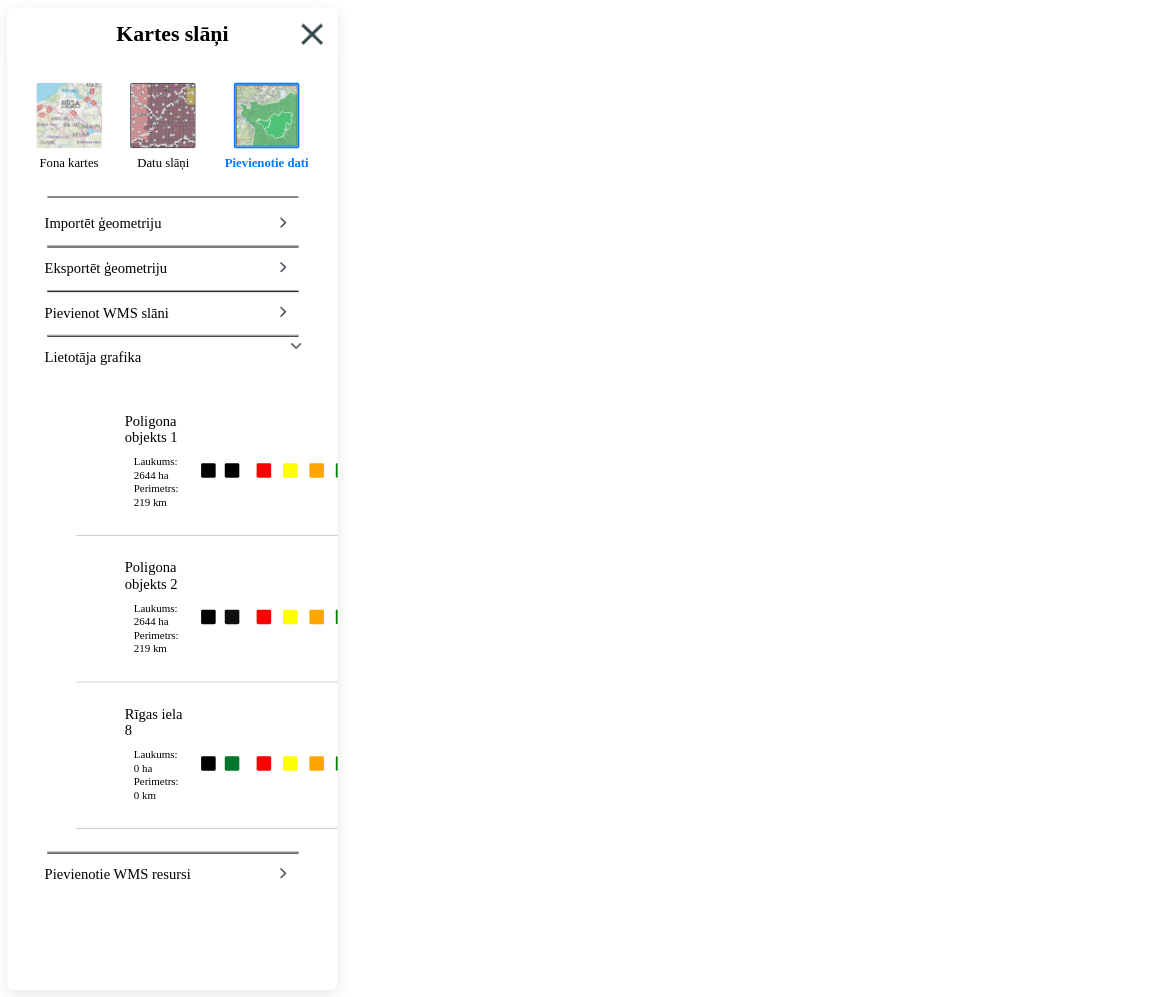
Repository: Kringelis/KP_kar-usl-i
Page: /, after clicking the first element matching `div.sidebar-tabs > :nth-child(3)`
An editor plug-in stored every save of this project. The page is shown before and after the next save, followed by the edit.
The browser window is 1280 px wide. The pictures show the whole page, at 91% of full size.
The project was rebuilt for these pictures with package versions that can differ from the ones it lists, and the page was loaded fresh each time. Also part of the build but not shown: src/components/FonaKartes.scss, src/components/DatuSlani.scss, src/components/DatuSlani.jsx, src/App.scss.

Above is the page before, as saved 2024-06-20 18:36:27.

### public/index.html
<!DOCTYPE html>
<html lang="en">
  <head>
    <link
      rel="stylesheet"
      href="https://fonts.googleapis.com/css2?family=Inter:wght@400;500;700&display=swap"
    />

    <meta charset="UTF-8" />
    <meta name="viewport" content="width=device-width, initial-scale=1.0" />
    <title>React App</title>
  </head>
  <body>
    <noscript>You need to enable JavaScript to run this app.</noscript>
    <div id="root"></div>
  </body>
</html>

### src/App.js
import React from "react";
import Sidebar from "./components/Sidebar";
import "./App.scss";

function App() {
  return (
    <div className="App">
      <header className="App-header">
        <Sidebar />
      </header>
    </div>
  );
}

export default App;

### src/components/Sidebar.jsx
import React, { useState } from "react";
import FonaKartes from "./FonaKartes";
import DatuSlani from "./DatuSlani";
import PievienotieDati from "./PievienotieDati";
import "./Sidebar.scss";

import pirmais from "./pirmais.png";
import otrais from "./otrais.png";
import tresais from "./tresais.png";
import close from "./close.png";

const Sidebar = () => {
  const [activeSection, setActiveSection] = useState("FonaKartes");

  return (
    <div className="sidebar">
      <div className="sidebar-header">
        <div className="sidebar-title">Kartes slāņi</div>
        <img src={close} alt="Close" className="close-icon" />
      </div>
      <div className="sidebar-tabs">
        <div
          className={`tab ${activeSection === "FonaKartes" ? "active" : ""}`}
          onClick={() => setActiveSection("FonaKartes")}
        >
          <img src={pirmais} alt="Fona kartes" className="tab-square" />
          <div className="tab-text">Fona kartes</div>
        </div>
        <div
          className={`tab ${activeSection === "DatuSlani" ? "active" : ""}`}
          onClick={() => setActiveSection("DatuSlani")}
        >
          <img src={otrais} alt="Datu slāņi" className="tab-square" />
          <div className="tab-text">Datu slāņi</div>
        </div>
        <div
          className={`tab ${
            activeSection === "PievienotieDati" ? "active" : ""
          }`}
          onClick={() => setActiveSection("PievienotieDati")}
        >
          <img src={tresais} alt="Pievienotie dati" className="tab-square" />
          <div className="tab-text">Pievienotie dati</div>
        </div>
      </div>
      <div className="dividing-line"></div>{" "}
      {/* Added horizontal dividing line */}
      <div className="sidebar-content">
        {activeSection === "FonaKartes" && <FonaKartes />}
        {activeSection === "DatuSlani" && <DatuSlani />}
        {activeSection === "PievienotieDati" && <PievienotieDati />}
      </div>
    </div>
  );
};

export default Sidebar;

### src/components/FonaKartes.jsx
import React, { useState } from "react";
import "./FonaKartes.scss";
import copy from "./copyright.png";
import one from "./Rectangle 4.png";
import two from "./Rectangle 4(1).png";
import three from "./Rectangle 4(2).png";
import four from "./Rectangle 4(3).png";

import six from "./Rectangle 4(5).png";
import seven from "./Rectangle 4(6).png";
import eight from "./Rectangle 4(7).png";
import nine from "./Rectangle 4(8).png";

const FonaKartes = () => {
  const [activeItem, setActiveItem] = useState(null);
  const [sliderValues, setSliderValues] = useState({});

  const items = [
    {
      id: 1,
      title: "Pārskata (topogrāfiskā) karte",
      subtitle: "Tradicionālā tipogrāfijas versija",
      image: one,
      tooltip: "LĢIA",
    },
    {
      id: 2,
      title: "Topogrāfiskā karte ar reljefu",
      subtitle: "WEB versija kombinācijā ar DTM",
      image: two,
      tooltip: "LĢIA",
    },
    {
      id: 3,
      title: "Kombinētā fona karte",
      subtitle: "Dažādas detalitātes fona karte",
      image: three,
      tooltip: "LĢIA",
    },
    {
      id: 4,
      title: "Melnbaltā fona karte",
      subtitle: "Dažādas detalitātes fona karte",
      image: four,
      tooltip: "LĢIA",
    },
    {
      id: 5,
      title: "Ortofoto karte",
      subtitle: "6., 7. un 8. cikla jaunāko datu pārklājums",
      image: nine,
      tooltip: "LĢIA",
    },
    {
      id: 6,
      title: "Digitālais reljefa modelis",
      subtitle: "LIDAR 2013. - 2021.g. (40 cm)",
      image: six,
      tooltip: "LĢIA",
    },
    {
      id: 7,
      title: "Digitālais reljefa modelis ar horizontālēm",
      subtitle: "LIDAR 2013. - 2021.g. (40 cm)",
      image: seven,
      tooltip: "LĢIA",
    },
    {
      id: 8,
      title: "Digitālais virsmas modelis",
      subtitle: "LIDAR 2013. - 2021.g. (40 cm)",
      image: seven,
      tooltip: "LĢIA",
    },
    {
      id: 9,
      title: "Vēsturiskā topogrāfiskā karte mērogā 1: 75 000",
      subtitle: "No 1921. līdz 1940. gadam",
      image: eight,
      tooltip: "LĢIA",
    },
  ];

  const handleItemClick = (id) => {
    setActiveItem(id);
    if (!sliderValues.hasOwnProperty(id)) {
      setSliderValues((prevValues) => ({
        ...prevValues,
        [id]: 50,
      }));
    }
  };

  const handleSliderChange = (id, value) => {
    setSliderValues((prevValues) => ({
      ...prevValues,
      [id]: value,
    }));
  };

  return (
    <div className="fona-kartes">
      {items.map((item) => (
        <div
          key={item.id}
          className={`fona-kartes-item ${
            activeItem === item.id ? "active" : ""
          }`}
          onClick={() => handleItemClick(item.id)}
        >
          <div className="icon-container">
            <img
              src={copy}
              alt="info"
              className="info-icon"
              onClick={(e) => e.stopPropagation()}
            />
            <div className="tooltip">{item.tooltip}</div>
          </div>
          <div className="item-square">
            <img src={item.image} alt={`Kartes ikona`} />
          </div>
          <div className="item-text">
            <div className="item-title">{item.title}</div>
            <div className="item-subtitle">{item.subtitle}</div>
            {activeItem === item.id && (
              <div className="slider-container">
                <div
                  className="hollow-square"
                  onClick={(e) => {
                    e.stopPropagation();
                    handleSliderChange(item.id, 0);
                  }}
                ></div>
                <input
                  type="range"
                  className="item-slider"
                  value={sliderValues[item.id] || 0}
                  onChange={(e) =>
                    handleSliderChange(item.id, parseInt(e.target.value))
                  }
                />
                <div
                  className="black-square"
                  onClick={(e) => {
                    e.stopPropagation();
                    handleSliderChange(item.id, 100);
                  }}
                ></div>
              </div>
            )}
          </div>
        </div>
      ))}
    </div>
  );
};

export default FonaKartes;

### src/components/PievienotieDati.jsx
import React, { useState } from "react";
import "./PievienotieDati.scss";
import Arrow from "./Vector.png";

const PievienotieDati = () => {
  const [isImportGeometryOpen, setImportGeometryOpen] = useState(false);
  const [isExportGeometryOpen, setExportGeometryOpen] = useState(false);
  const [isAddWMSLayerOpen, setAddWMSLayerOpen] = useState(false);
  const [isUserGraphicsOpen, setUserGraphicsOpen] = useState(true);
  const [isWMSResourcesOpen, setWMSResourcesOpen] = useState(false);
  const [isLVMGeoWMSOpen, setLVMGeoWMSOpen] = useState(false);
  const [selectedType, setSelectedType] = useState(null);

  const [userGraphics, setUserGraphics] = useState([
    {
      id: 1,
      name: "Poligona objekts 1",
      area: 2644,
      perimeter: 219,
      outlineColor: "#000000",
      fillColor: "#000000",
      type: "polygon",
    },
    {
      id: 2,
      name: "Poligona objekts 2",
      area: 2644,
      perimeter: 219,
      outlineColor: "#000000",
      fillColor: "#0f0f0f",
      type: "polygon",
    },
    {
      id: 3,
      name: "Rīgas iela 8",
      area: 0,
      perimeter: 0,
      outlineColor: "#000000",
      fillColor: "#00762C",
      type: "point",
    },
  ]);

  const colors = [
    "#FF0000",
    "#FFFF00",
    "#FFA500",
    "#008000",
    "#00FFFF",
    "#0000FF",
    "#800080",
  ];

  const toggleSection = (setFunction) => {
    setFunction((prevState) => !prevState);
  };

  const handleColorClick = (id, color) => {
    if (!selectedType) return;
    const newUserGraphics = userGraphics.map((item) =>
      item.id === id ? { ...item, [selectedType]: color } : item
    );
    setUserGraphics(newUserGraphics);
  };

  return (
    <div className="pievienotie-dati">
      <div
        className="section-title"
        onClick={() => toggleSection(setImportGeometryOpen)}
      >
        Importēt ģeometriju
        <span
          className={`accordion-icon ${isImportGeometryOpen ? "open" : ""}`}
        >
          <img className="accordion-icon" src={Arrow} alt="V" />
        </span>
      </div>

      {isImportGeometryOpen && (
        <div className="sub-section">
          <button className="button">+ Importēt</button>
        </div>
      )}
      <div className="dividing-line"></div>
      <div
        className="section-title"
        onClick={() => toggleSection(setExportGeometryOpen)}
      >
        Eksportēt ģeometriju
        <span
          className={`accordion-icon ${isExportGeometryOpen ? "open" : ""}`}
        >
          <img className="accordion-icon" src={Arrow} alt="V" />
        </span>
      </div>
      <div className="dividing-line"></div>
      {isExportGeometryOpen && (
        <div className="sub-section">
          <button className="button">Ekportēt</button>
        </div>
      )}
      <div
        className="section-title"
        onClick={() => toggleSection(setAddWMSLayerOpen)}
      >
        Pievienot WMS slāni
        <span className={`accordion-icon ${isAddWMSLayerOpen ? "open" : ""}`}>
          <img className="accordion-icon" src={Arrow} alt="V" />
        </span>
      </div>
      {isAddWMSLayerOpen && (
        <div className="sub-section">Pievienot WMS slāni</div>
      )}
      <div className="dividing-line"></div>
      <div
        className="section-title"
        onClick={() => toggleSection(setUserGraphicsOpen)}
      >
        Lietotāja grafika
        <span className={`accordion-icon ${isUserGraphicsOpen ? "open" : ""}`}>
          <img className="accordion-icon" src={Arrow} alt="V" />
        </span>
      </div>
      {isUserGraphicsOpen && (
        <div className="sub-section">
          {userGraphics.map((item) => (
            <div key={item.id} className="toggle-item">
              <div className="item-info">
                <span>{item.name}</span>
                <div className="info">
                  <div>Laukums: {item.area} ha</div>
                  <div>Perimetrs: {item.perimeter} km</div>
                </div>
              </div>
              <div className="icons">
                <span
                  className={`color-block ${
                    selectedType === "outlineColor" ? "selected" : ""
                  }`}
                  style={{ backgroundColor: item.outlineColor }}
                  onClick={() => setSelectedType("outlineColor")}
                ></span>
                <span
                  className={`color-block ${
                    selectedType === "fillColor" ? "selected" : ""
                  }`}
                  style={{ backgroundColor: item.fillColor }}
                  onClick={() => setSelectedType("fillColor")}
                ></span>
              </div>
              <div className="color-palette">
                {colors.map((color) => (
                  <span
                    key={color}
                    className="color-block"
                    style={{ backgroundColor: color }}
                    onClick={() => handleColorClick(item.id, color)}
                  ></span>
                ))}
              </div>
            </div>
          ))}
        </div>
      )}
      <div className="dividing-line"></div>
      <div
        className="section-title"
        onClick={() => toggleSection(setWMSResourcesOpen)}
      >
        Pievienotie WMS resursi
        <span className={`accordion-icon ${isWMSResourcesOpen ? "open" : ""}`}>
          <img className="accordion-icon" src={Arrow} alt="V" />
        </span>
      </div>
      {isWMSResourcesOpen && (
        <div className="sub-section">
          <div
            className="sub-title"
            onClick={() => toggleSection(setLVMGeoWMSOpen)}
          >
            LVM GEO WMS
            <span className={`accordion-icon ${isLVMGeoWMSOpen ? "open" : ""}`}>
              <img className="accordion-icon" src={Arrow} alt="V" />
            </span>
          </div>
          {isLVMGeoWMSOpen && (
            <div className="sub-sub-section">
              {[
                "Mežaudzu plāns",
                "Augsnes laukumi",
                "Rekreācijas zonas",
                "Kvartāra nogulumu karte",
                "Digitālā reljefa modelis",
                "Vēja ātrums",
              ].map((layer, index) => (
                <div className="toggle-item" key={index}>
                  <span>{layer}</span>
                  <label className="toggle-switch">
                    <input type="checkbox" />
                    <span className="slider"></span>
                  </label>
                </div>
              ))}
            </div>
          )}
        </div>
      )}
    </div>
  );
};

export default PievienotieDati;

### src/components/Sidebar.scss
.sidebar {
  width: 363px;
  height: 1080px;
  background-color: #ffffff;
  box-shadow: 0px 4px 16px rgba(0, 0, 0, 0.1);
  border-radius: 8px;
  overflow: hidden;
  position: relative;

  .sidebar-header {
    display: flex;
    justify-content: center;
    align-items: center;
    padding: 16px;
    background-color: #ffffff;
    position: relative;

    .sidebar-title {
      font-size: 24px;
      font-weight: bold;
      color: #000000;
    }
    &.active {
      color: #007bff;
    }

    .close-icon {
      width: 24px;
      height: 24px;
      cursor: pointer;
      position: absolute;
      right: 16px;
    }
  }

  .sidebar-tabs {
    display: flex;
    justify-content: space-around;
    padding: 16px;

    .tab {
      display: flex;
      flex-direction: column;
      align-items: center;
      font-size: 14px;
      color: #000000;
      cursor: pointer;
      padding: 8px 0;

      border-radius: 10%;
      transition: background-color 0.3s ease, color 0.3s ease;

      &.active {
        .tab-square {
          border: 2px solid #007bff;
          box-sizing: border-box;
          border-radius: 3%;
        }
        .tab-text {
          color: #007bff;
          font-weight: bold;
        }
      }

      &:hover {
        background-color: #f8f9fa;
      }

      .tab-square {
        width: 72px;
        height: 72px;
        margin-bottom: 8px;
        display: flex;
        border-radius: 3%;
        justify-content: center;
        align-items: center;
        box-sizing: border-box;
      }

      .tab-image {
        width: 100%;
        height: 100%;
        object-fit: cover;
      }

      .tab-text {
        text-align: center;
      }
    }
  }

  .sidebar-content {
    padding: 6px;
  }

  .dividing-line {
    width: 276px;
    height: 1px;
    background-color: #000;
    margin: 0 auto;
    margin-top: 5px;
  }
}

### src/components/PievienotieDati.scss
.pievienotie-dati {
  .section-title {
    margin-left: 35px;
    display: flex;
    justify-content: space-between;
    align-items: center;
    font-size: 16px;
    cursor: pointer;
    padding: 10px 0;
    margin-bottom: 4px;
    margin-top: 4px;

    .accordion-icon {
      transition: transform 0.3s ease;
      margin-left: auto;
      margin-right: 25px;
    }

    .accordion-icon.open {
      transform: rotate(0.25turn);
    }
  }

  .sub-section {
    left: 45px;
    padding-left: 45px;
    margin-top: 16px;
    padding-bottom: 20px;
    display: flex;
    flex-direction: column;
    align-items: flex-start;
  }

  .toggle-item {
    width: 100%;
    display: flex;
    justify-content: space-between;
    align-items: center;
    margin-top: 8px;
    margin-left: 25px;
    padding: 8px;
    border-bottom: 1px solid #ccc;

    .item-info {
      flex: 1;
      padding: 10px;
      margin-left: 35px;
    }

    .info {
      padding: 10px;
      font-size: 12px;
      color: rgb(0, 0, 0);
    }

    .icons {
      display: flex;
      align-items: center;
      gap: 5px;
      margin-top: 10px;
      padding: 5px;

      .color-block {
        width: 16px;
        height: 16px;
        border-radius: 10%;
        margin-right: 5px;
        cursor: pointer;
        flex-shrink: 0; // Ensure the element doesn't shrink
      }

      .selected {
        border: 2px solid #000;
      }
    }

    .color-palette {
      display: flex;
      flex-wrap: wrap;
      gap: 5px;
      margin-top: 10px;
      padding: 5px;
      width: 100%; // Ensure the palette has a width
      flex-shrink: 0; // Ensure the element doesn't shrink

      .color-block {
        width: 16px;
        height: 16px;
        margin: 0 4px;
        border-radius: 10%;
        cursor: pointer;
        flex-shrink: 0; // Ensure the element doesn't shrink
      }
    }
  }

  .dividing-line {
    border-top: 1px solid #ccc;
    margin: 10px 0;
  }

  .toggle-switch {
    position: relative;
    display: inline-block;
    width: 34px;
    height: 20px;

    input {
      opacity: 0;
      width: 0;
      height: 0;
    }

    .slider {
      position: absolute;
      cursor: pointer;
      top: 0;
      left: 0;
      right: 0;
      bottom: 0;
      background-color: #ccc;
      transition: 0.4s;
      border-radius: 34px;

      &:before {
        position: absolute;
        content: "";
        height: 12px;
        width: 12px;
        left: 4px;
        bottom: 4px;
        background-color: white;
        transition: 0.4s;
        border-radius: 50%;
      }
    }

    input:checked + .slider {
      background-color: #2196f3;
    }

    input:checked + .slider:before {
      transform: translateX(14px);
    }
  }

  .sub-title {
    margin-left: 25px;
    display: flex;
    justify-content: space-between;
    align-items: center;
    font-size: 14px;
    font-weight: bold;
    cursor: pointer;

    .accordion-icon {
      transition: transform 0.3s ease;
    }

    .accordion-icon.open {
      transform: rotate(0.25turn);
    }
  }

  .sub-sub-section {
    padding-left: 40px;
    margin-top: 8px;
    display: flex;
    flex-direction: column;
    align-items: flex-start;
  }
  .button {
    left: 45px;
    height: 31px;
    width: 245px;
    background-color: #1876f2;
    color: white;
    border-radius: 5%;
    border: none;
  }
}

Loaded but not shown: src/index.js (common file); src/reportWebVitals.js (common file); src/index.css (no stored copy; drawn as an empty file)

After the next save:
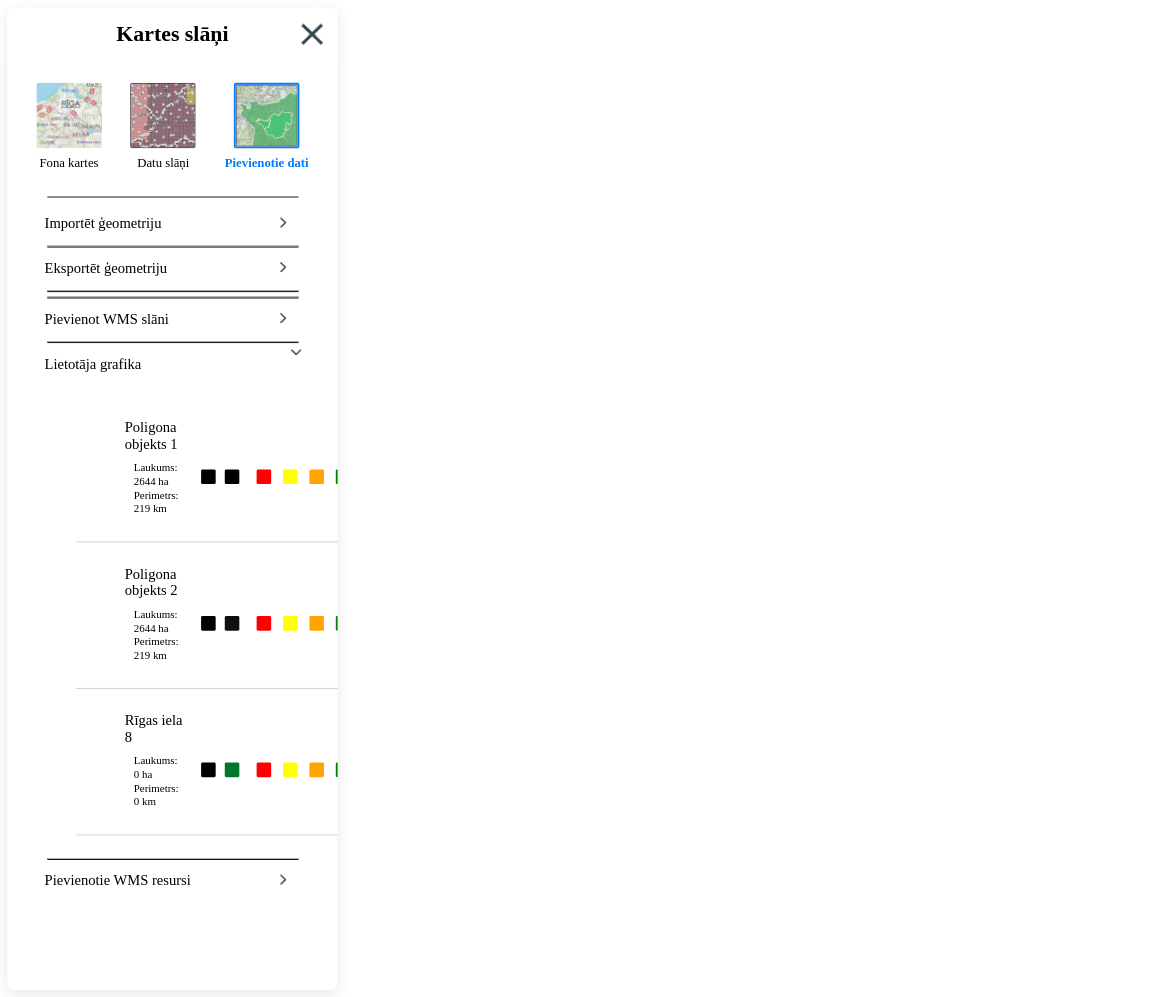
Saved 9 s later.
--- a/src/components/PievienotieDati.jsx
+++ b/src/components/PievienotieDati.jsx
@@ -100,6 +100,7 @@ const PievienotieDati = () => {
           <button className="button">Ekportēt</button>
         </div>
       )}
+      <div className="dividing-line"></div>
       <div
         className="section-title"
         onClick={() => toggleSection(setAddWMSLayerOpen)}

After the save that followed:
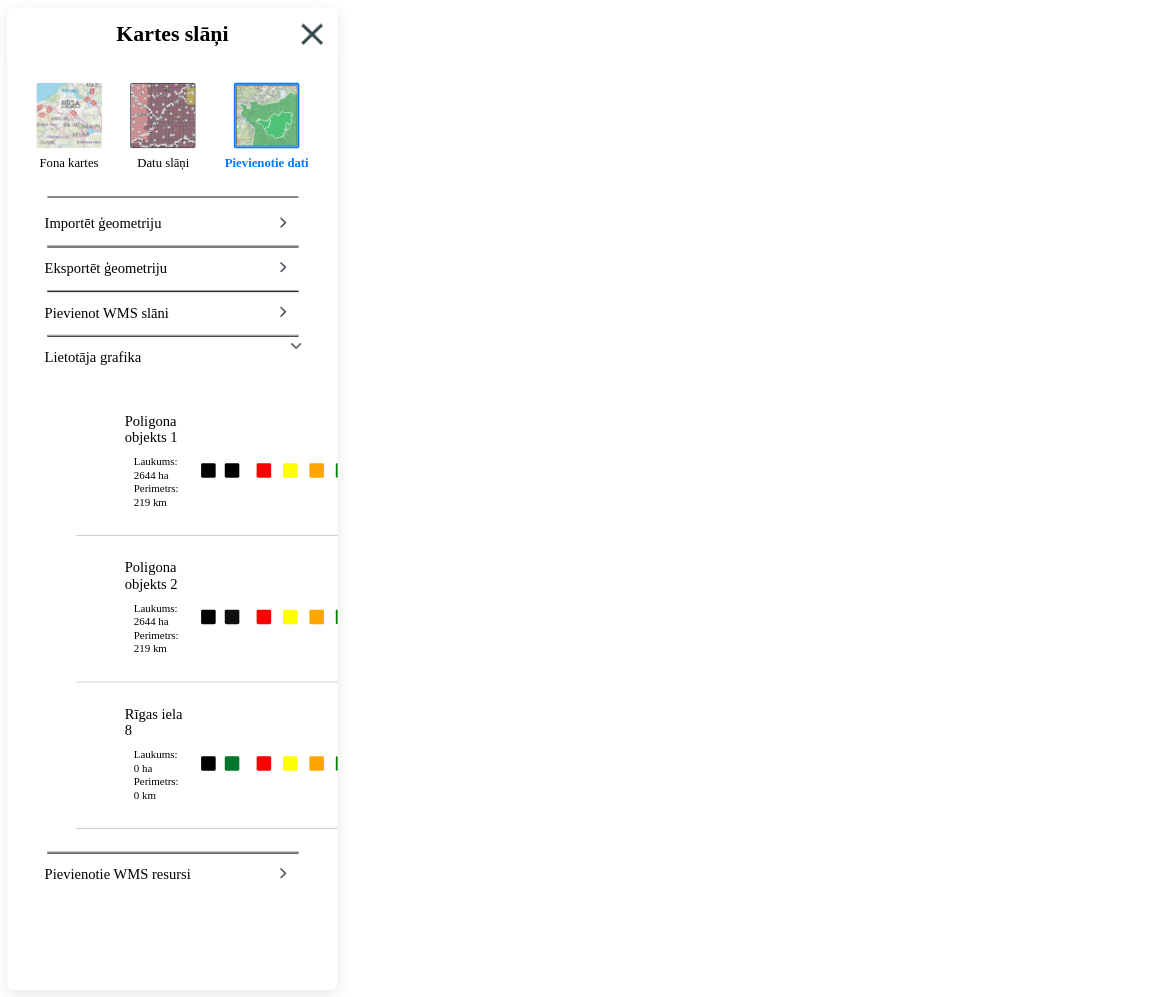
Saved 5 s later.
--- a/src/components/PievienotieDati.jsx
+++ b/src/components/PievienotieDati.jsx
@@ -94,7 +94,7 @@ const PievienotieDati = () => {
           <img className="accordion-icon" src={Arrow} alt="V" />
         </span>
       </div>
-      <div className="dividing-line"></div>
+
       {isExportGeometryOpen && (
         <div className="sub-section">
           <button className="button">Ekportēt</button>
